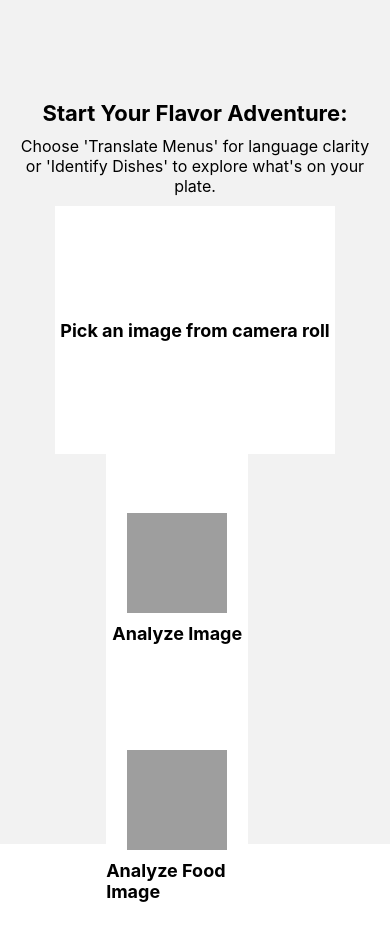
Repository: djdjdallas/taste-without-borders
Screen: /Home
An editor plug-in stored every save of this project. The screen is shown before and after the next save, followed by the edit.
Pictures or frames that could not be fetched are drawn as grey boxes. The app was drawn by React Native's web renderer in a window 390 px wide. The project was rebuilt for these pictures with package versions that can differ from the ones it lists, and the page was loaded fresh each time.

Above is the screen before, as saved 2023-12-26 20:21:45.

### App.js
import React from "react";
import { NavigationContainer } from "@react-navigation/native";
import { createNativeStackNavigator } from "@react-navigation/native-stack";
import HomeScreen from "./HomeScreen"; // Make sure the path is correct
import StartScreen from "./StartScreen";

const Stack = createNativeStackNavigator();

const App = () => {
  return (
    <NavigationContainer>
      <Stack.Navigator>
        <Stack.Screen name="Start" component={StartScreen} />
        <Stack.Screen name="Home" component={HomeScreen} />
        {/* You can add more screens to your navigator here */}
      </Stack.Navigator>
    </NavigationContainer>
  );
};

export default App;

### HomeScreen.js
import React, { useLayoutEffect, useState } from "react";
import {
  StyleSheet,
  View,
  Button,
  Image,
  Alert,
  Text,
  TouchableOpacity,
} from "react-native";
import * as ImagePicker from "expo-image-picker";
import { useNavigation } from "@react-navigation/native";
const iconForAnalyzeImage = {
  uri: "https://i.ibb.co/Y84cDxp/food1.png",
};
const iconForAnalyzeFoodImage = {
  uri: "https://i.ibb.co/VWjgcK5/food2.png",
};

const HomeScreen = () => {
  const navigation = useNavigation();
  const [selectedImage, setSelectedImage] = useState(null);
  const [responseText, setResponseText] = useState("");

  const pickImage = async () => {
    const { status } = await ImagePicker.requestMediaLibraryPermissionsAsync();
    if (status !== "granted") {
      Alert.alert(
        "Permissions required",
        "Sorry, we need camera roll permissions to make this work!"
      );
      return;
    }

    let result = await ImagePicker.launchImageLibraryAsync({
      mediaTypes: ImagePicker.MediaTypeOptions.Images,
      allowsEditing: true,
      aspect: [4, 3],
      quality: 1,
      base64: true,
    });

    if (!result.canceled && result.assets && result.assets[0].base64) {
      setSelectedImage(result.assets[0].base64);
    }
  };

  const handleResponse = (responseText) => {
    const dishes = responseText.split("\n");
    const formattedResponse = dishes.join("\n\n");
    setResponseText(formattedResponse);
  };

  const analyzeImage = async () => {
    if (selectedImage) {
      const apiKey = "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"; // Replace with your actual API key
      const endpoint = "https://api.openai.com/v1/chat/completions"; // Replace with your actual API endpoint

      const payload = {
        model: "gpt-4-vision-preview", // Replace with your model name
        messages: [
          {
            role: "user",
            content: [
              {
                type: "text",
                text: "Analyze this image and translate it into English?",
              },
              {
                type: "image_url",
                image_url: {
                  url: `data:[embedded picture, 41 characters]
                },
              },
            ],
          },
        ],
        max_tokens: 300,
      };

      try {
        const response = await fetch(endpoint, {
          method: "POST",
          headers: {
            "Content-Type": "application/json",
            Authorization: `Bearer ${apiKey}`,
          },
          body: JSON.stringify(payload),
        });

        if (!response.ok) {
          throw new Error(`HTTP error! status: ${response.status}`);
        }

        const data = await response.json();
        if (data.choices && data.choices[0]) {
          handleResponse(data.choices[0].message.content);
        } else {
          setResponseText("Unexpected response structure");
        }
      } catch (error) {
        setResponseText(`Error: ${error.message}`);
      }
    } else {
      setResponseText("No image selected");
    }
  };

  const analyzeFoodImage = async () => {
    if (selectedImage) {
      const apiKey = "YOUR_API_KEY"; // Replace with your actual API key
      const endpoint = "YOUR_API_ENDPOINT"; // Replace with your actual API endpoint

      const payload = {
        model: "YOUR_MODEL_NAME", // Replace with your model name
        messages: [
          {
            role: "user",
            content: [
              {
                type: "text",
                text: "Analyze this food image and describe it with humor.",
              },
              {
                type: "image_url",
                image_url: {
                  url: `data:[embedded picture, 41 characters]
                },
              },
            ],
          },
        ],
        max_tokens: 300,
      };

      try {
        const response = await fetch(endpoint, {
          method: "POST",
          headers: {
            "Content-Type": "application/json",
            Authorization: `Bearer ${apiKey}`,
          },
          body: JSON.stringify(payload),
        });

        if (!response.ok) {
          throw new Error(`HTTP error! status: ${response.status}`);
        }

        const data = await response.json();
        if (data.choices && data.choices[0]) {
          handleResponse(data.choices[0].message.content);
        } else {
          setResponseText("Unexpected response structure");
        }
      } catch (error) {
        setResponseText(`Error: ${error.message}`);
      }
    } else {
      setResponseText("No image selected");
    }
  };
  useLayoutEffect(() => {
    navigation.setOptions({
      headerShown: false,
    });
  }, []);

  return (
    <View style={styles.container}>
      <View style={styles.textContainer}>
        <Text style={styles.titleText}>Start Your Flavor Adventure:</Text>
        <Text style={styles.descriptionText}>
          Choose 'Translate Menus' for language clarity or 'Identify Dishes' to
          explore what's on your plate.
        </Text>
      </View>

      <TouchableOpacity style={styles.button} onPress={pickImage}>
        <Text style={styles.buttonText}>Pick an image from camera roll</Text>
      </TouchableOpacity>

      {selectedImage && (
        <Image
          source={{ uri: `data:[embedded picture, 40 characters] }}
          style={styles.image}
        />
      )}

      <View style={styles.buttonGroup}>
        <TouchableOpacity style={styles.button} onPress={analyzeImage}>
          <Image source={iconForAnalyzeImage} style={styles.icon} />
          <Text style={styles.buttonText}>Analyze Image</Text>
        </TouchableOpacity>

        <TouchableOpacity style={styles.button} onPress={analyzeFoodImage}>
          <Image source={iconForAnalyzeFoodImage} style={styles.icon} />
          <Text style={styles.buttonText}>Analyze Food Image</Text>
        </TouchableOpacity>
      </View>

      {responseText ? (
        <Text style={styles.responseText}>{responseText}</Text>
      ) : null}
    </View>
  );
};

const styles = StyleSheet.create({
  container: {
    flex: 1,
    justifyContent: "flex-start",
    alignItems: "center",
    padding: 20,
    backgroundColor: "#F2F2F2",
  },
  textContainer: {
    alignItems: "left",
    marginTop: 80,
  },
  titleText: {
    fontSize: 22,
    fontWeight: "bold",
    textAlign: "center",
  },
  descriptionText: {
    fontSize: 16,
    textAlign: "center",
    marginVertical: 10,
  },
  button: {
    width: 164,
    height: 248,
    justifyContent: "center",
    alignItems: "center",
    width: "80%", // Assuming you want to set the width to 80% of the screen width
    alignItems: "center",
    backgroundColor: "white",
  },
  buttonText: {
    fontSize: 18,
    color: "#000000",
    fontWeight: "bold",
  },
  icon: {
    width: 100, // Set the icon size you want
    height: 100, // Set the icon size you want
    marginBottom: 10, // Space between icon and text
  },
  image: {
    width: 200,
    height: 200,
    margin: 10,
  },
  responseText: {
    marginTop: 20,
    padding: 10,
    borderWidth: 1,
    borderColor: "#ddd",
    borderRadius: 5,
  },
});

export default HomeScreen;

### StartScreen.js
import {
  View,
  Text,
  Image,
  TouchableOpacity,
  ImageBackground,
  StyleSheet,
} from "react-native";
import React, { useLayoutEffect } from "react";
import { useNavigation } from "@react-navigation/native";

const image = { uri: "https://i.ibb.co/RQYb1f7/i-Phone-11-Pro-Max-1.png" };
const hero = { uri: "https://i.ibb.co/zQtzrR4/hero-2.png" };

const StartScreen = () => {
  const navigation = useNavigation();

  useLayoutEffect(() => {
    navigation.setOptions({
      headerShown: false,
    });
  }, []);
  return (
    <View style={styles.container}>
      <ImageBackground source={hero} resizeMode="cover" style={styles.image}>
        <TouchableOpacity
          style={styles.button}
          onPress={() => {
            navigation.navigate("Home");
            /* Handle the press event */
          }}
        >
          <Text style={styles.text}>Get Started</Text>
        </TouchableOpacity>
      </ImageBackground>
    </View>
  );
};

const styles = StyleSheet.create({
  container: {
    flex: 1,
  },
  image: {
    flex: 1,
    justifyContent: "flex-end", // Aligns children to the bottom
    alignItems: "center", // Centers children horizontally
  },
  text: {
    color: "#FA4A0C", // Given text color
    fontSize: 16, // Adjusted for typical button text
    fontWeight: "bold",
  },
  button: {
    width: 314, // Width as per your requirement
    height: 70, // Height as per your requirement
    justifyContent: "center", // Center the text vertically
    alignItems: "center", // Center the text horizontally
    backgroundColor: "white", // Button background color
    marginBottom: 80, // Distance from the bottom
    borderRadius: 50, // Distance from the bottom
  },
});

export default StartScreen;

After the next save:
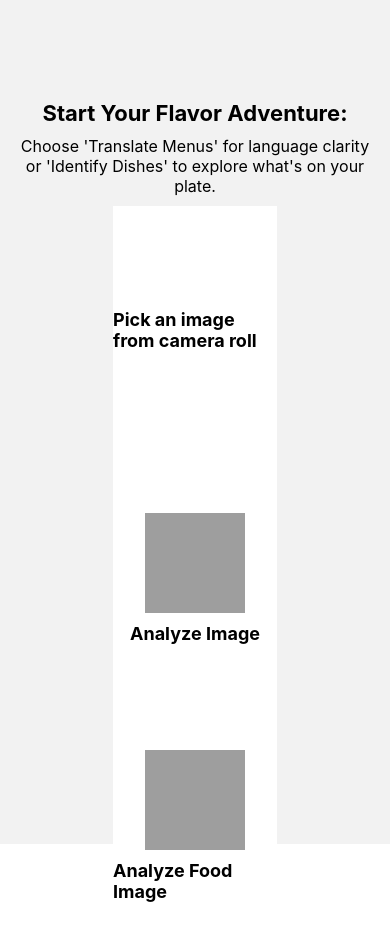
Saved 10 s later.
--- a/HomeScreen.js
+++ b/HomeScreen.js
@@ -233,7 +233,7 @@ const styles = StyleSheet.create({
     height: 248,
     justifyContent: "center",
     alignItems: "center",
-    width: "80%", // Assuming you want to set the width to 80% of the screen width
+    // Assuming you want to set the width to 80% of the screen width
     alignItems: "center",
     backgroundColor: "white",
   },
